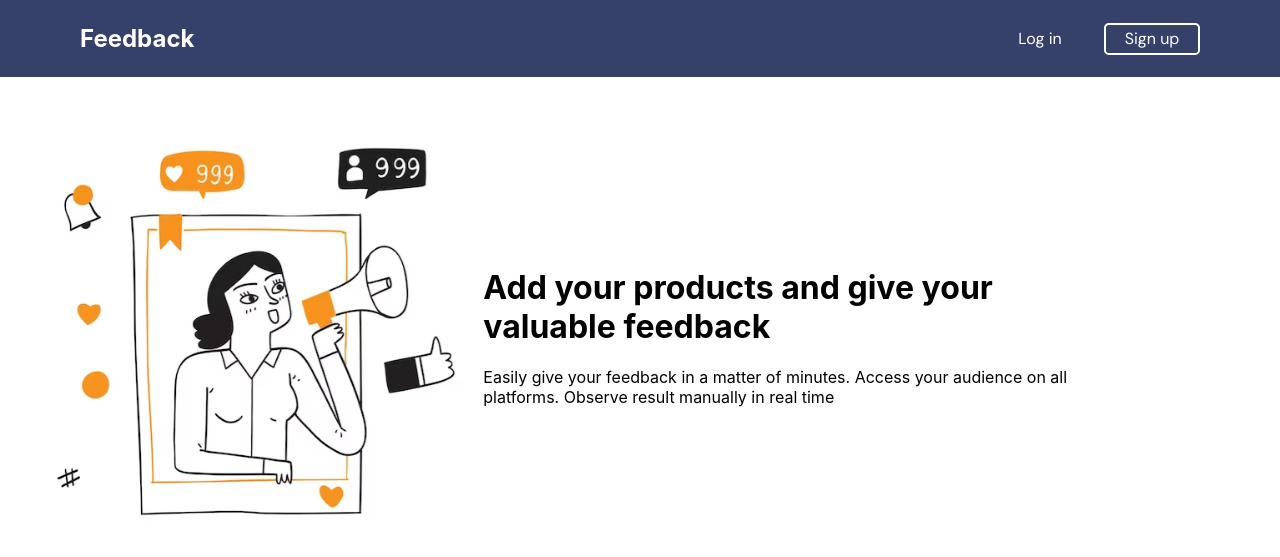
Repository: drumsmanku/final-evaluation-test
Page: / (app in client/)
An editor plug-in stored every save of this project. The page is shown before and after the next save, followed by the edit.
The browser window is 1280 px wide. The pictures show the whole page.
The project was rebuilt for these pictures with package versions that can differ from the ones it lists, and the page was loaded fresh each time. Also part of the build but not shown: client/src/App.css.

Above is the page before, as saved 2023-07-27 22:02:47.

After the next save:
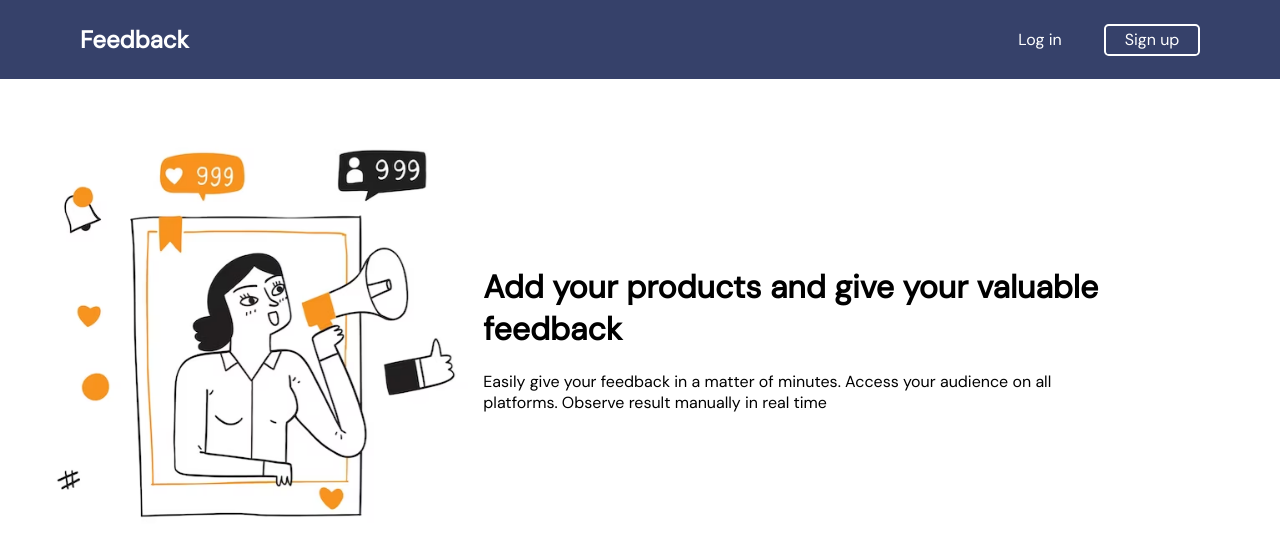
Saved 46 s later.
--- a/client/src/CSS/MainPage.css
+++ b/client/src/CSS/MainPage.css
@@ -1,5 +1,8 @@
 @import url('https://fonts.googleapis.com/css2?family=DM+Sans&display=swap');
 
+body{
+  font-family: 'DM Sans';
+}
 .main-container{
   height: 100vh;
   width: 100vw;
